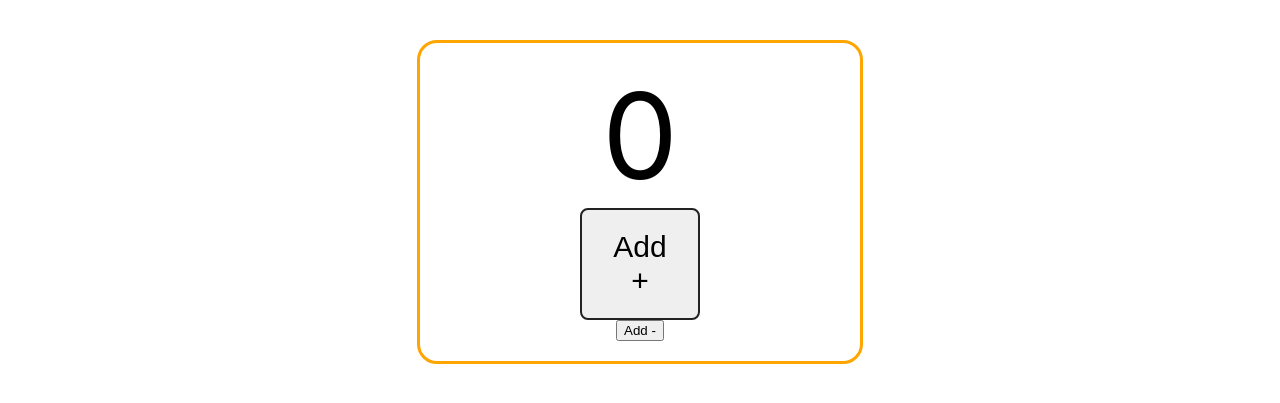
Repository: dnjfht/css-example
Page: /
An editor plug-in stored every save of this project. The page is shown before and after the next save, followed by the edit.
The browser window is 1280 px wide. The pictures show the whole page.
The project was rebuilt for these pictures with package versions that can differ from the ones it lists, and the page was loaded fresh each time.

Above is the page before, as saved 2023-05-09 18:47:37.

After the next save:
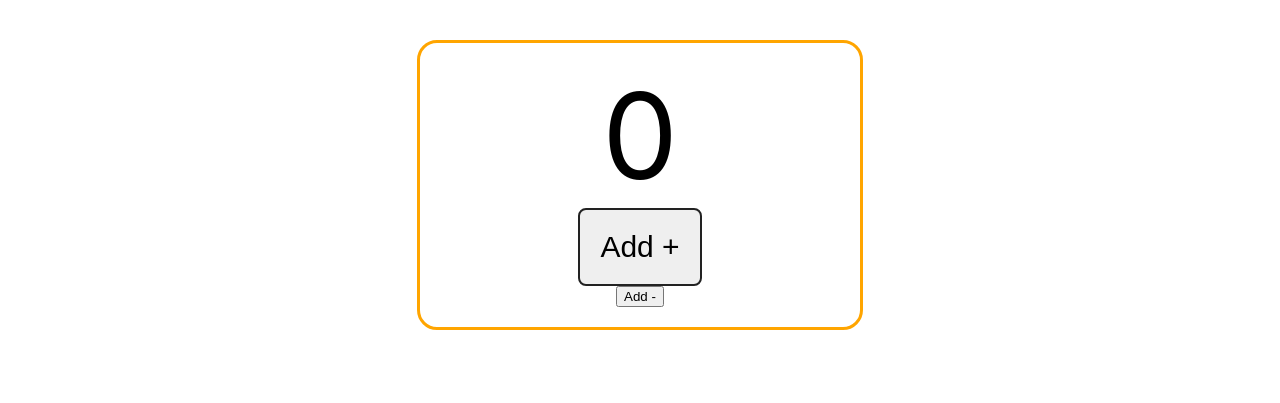
Saved 5 s later.
--- a/src/components/Counter.jsx
+++ b/src/components/Counter.jsx
@@ -25,7 +25,6 @@ export default function Counter({ count, setCount }) {
       <span style={{ fontSize: 120 }}>{count}</span>
       <button
         style={{
-          width: 120,
           padding: 20,
 
           border: "2px solid #222",
